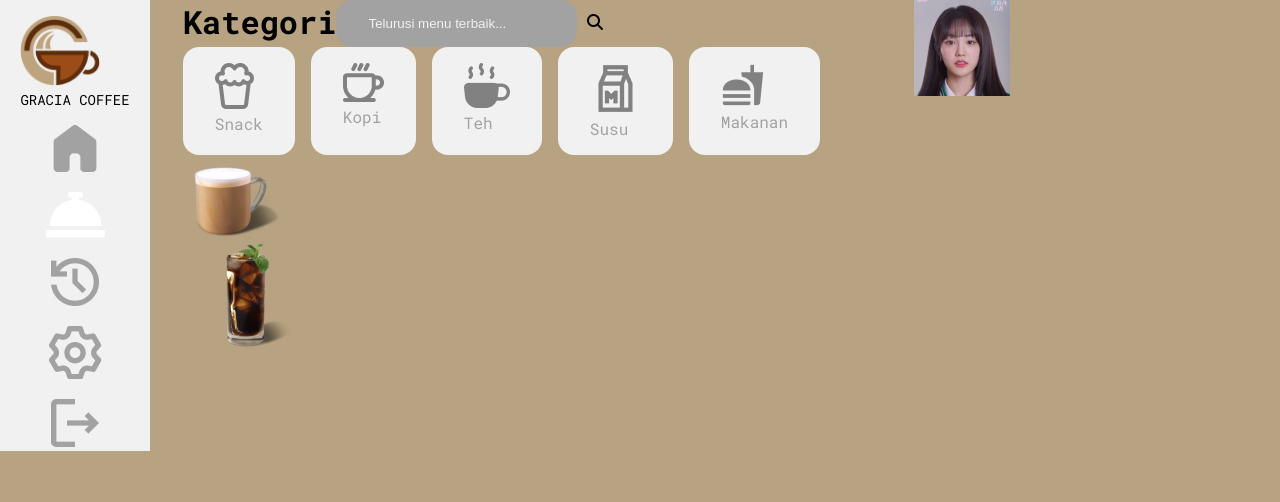
Repository: DanielChuaaa/sbd2
Page: index.html
An editor plug-in stored every save of this project. The page is shown before and after the next save, followed by the edit.
The browser window is 1280 px wide. The pictures show the whole page.
Some web libraries are served in a nearby version.

Above is the page before, as saved 2023-10-20 11:16:09.

### index.html
<!DOCTYPE html>
<html lang="en">
<head>
    <meta charset="UTF-8">
    <meta name="viewport" content="width=device-width, initial-scale=1.0">
    <title>Document</title>
    <link href="https://fonts.googleapis.com/css2?family=Roboto+Mono:wght@400;600;700&display=swap" rel="stylesheet" />
    <link
      rel="stylesheet"
      href="https://cdnjs.cloudflare.com/ajax/libs/font-awesome/6.1.2/css/all.min.css"
      integrity="sha512-1sCRPdkRXhBV2PBLUdRb4tMg1w2YPf37qatUFeS7zlBy7jJI8Lf4VHwWfZZfpXtYSLy85pkm9GaYVYMfw5BC1A=="
      crossorigin="anonymous"
      referrerpolicy="no-referrer"
    />
    <link rel="stylesheet" href="style.css">
</head>
<body>
    <div class="container">
        <div class="grid-wrapper">
            <div class="iconParent">
                <div class="img">
                    <img src="/assets/logo projek SBD 1.png" class="icon" width="80px" height="70px" alt="logo">
                    <p>GRACIA COFFEE</p>
                </div>
                <a href="#"><img src="./assets/home.png" alt="home"></a>
                <a href="#"><img src="./assets/menu.png" alt="menu"></a>
                <a href="#"><img src="./assets/history.png" alt="history"></a>
                <a href="#"><img src="./assets/setting.png" alt="setting"></a>

                <a href="#"><img src="./assets/logout.png" alt="logout"></a>
            </div>

            <div class="content">
                <div class="nav">
                    <h1>Kategori</h1>
                    <div class="inputWrapper">
                        <input type="text" name="text" id="text" class="input" placeholder="Telurusi menu terbaik...">
                        <i class="fa-solid fa-magnifying-glass"></i>
                    </div>
                </div>

                <div class="menu">
                    <div class="iconMenu"><a href="#"><img src="./assets/popcorn.png" alt="popcorn"></a>
                        <p>Snack</p>
                    </div>
                    <div class="iconMenu"><a href="#"><img src="./assets/kopi.png" alt="kopi"></a>
                        <p>Kopi</p>
                    </div>
                    <div class="iconMenu"><a href="#"><img src="./assets/teh.png" alt="teh"></a>
                        <p>Teh</p>
                    </div>
                    <div class="iconMenu"><a href="#"><img src="./assets/susu.png" alt="susu"></a>
                        <p>Susu</p>
                    </div>
                    <div class="iconMenu"><a href="#"><img src="./assets/makanan.png" alt="makanan"></a>
                        <p>Makanan</p>
                    </div>
                </div>

                <div class="orderMenu">
                    <div class="menu1">
                        <img src="./assets/Vanilla Latte_LongShadow_Cream_1 1.png" alt="">
                    </div>
                    <div class="menu2"><img src="./assets/10032021_Vietnamese_LS-min 1.png" alt=""></div>
                </div>
            </div>

            <div class="order">
                <img src="/assets/g_8___8_idola_cantik_berbakat_alumni_sm_entertainment_yang_sudah_debut_di_girlgroup_agensi_lain_p_eks_sm_trainee-20220408-001-non_fotografer_kly 1.png" alt="">
            </div>
        </div>
    </div>
</body>
</html>

### style.css
:root{
    --clr-primary-100: #B7A281;

    --clr-neutral-100: #818181;
    --clr-neutral-200: #A2A2A2;
    --clr-neutral-300: #D9D9D9;
    --clr-neutral-400: #F8F8F8;
    --clr-neutral-500:  #f1f1f1;

    --ff: "Roboto Mono", monospace;

    --fw-regular: 400;
    --fw-semi-bold: 600;
    --fw-bold: 700;
}

*{
    box-sizing: border-box;
    margin: 0;
    padding: 0;
}

body{
    font-family: var(--ff);
    background-color: #B7A281;
}

.grid-wrapper{
    display: grid;
    grid-template-columns: 0.5fr 2fr 1fr;
}

.iconParent{
    background: var(--clr-neutral-500);

    display: flex;
    flex-direction: column;
    align-items: center;
    max-width: 150px;
    height: auto;
    gap: 1rem;
}

.iconParent p{
    font-size: 14px;
}

.icon{
    margin-top: 1rem;
}


/* content */

.nav{
    display: flex;

}

.input{
    background: var(--clr-neutral-200);

    border: none;
    padding: 1rem 2rem;
    border-radius: 1rem;

}

::placeholder{
    color: var(--clr-neutral-500);
}

.menu{
    display: flex;
    gap: 1rem;
}

.iconMenu{
    background: var(--clr-neutral-500);

    padding: 1rem 2rem;
    border-radius: 1rem;
}

.iconMenu p{
    color: var(--clr-neutral-200);
}

After the next save:
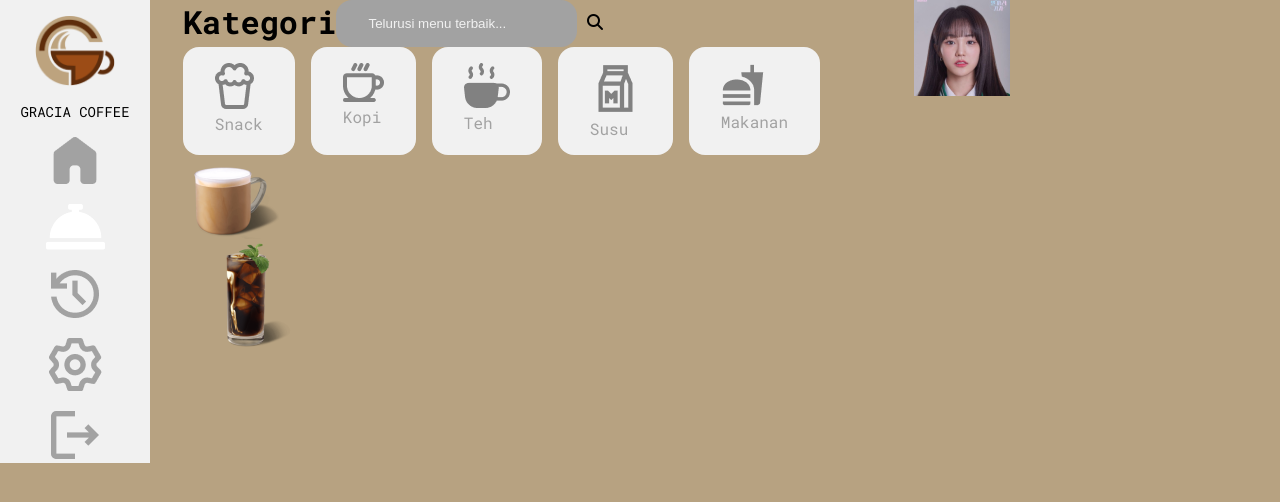
Saved 1 s later.
--- a/index.html
+++ b/index.html
@@ -18,10 +18,8 @@
     <div class="container">
         <div class="grid-wrapper">
             <div class="iconParent">
-                <div class="img">
-                    <img src="/assets/logo projek SBD 1.png" class="icon" width="80px" height="70px" alt="logo">
-                    <p>GRACIA COFFEE</p>
-                </div>
+                <img src="/assets/logo projek SBD 1.png" class="icon" width="80px" height="70px" alt="logo">
+                <p>GRACIA COFFEE</p>
                 <a href="#"><img src="./assets/home.png" alt="home"></a>
                 <a href="#"><img src="./assets/menu.png" alt="menu"></a>
                 <a href="#"><img src="./assets/history.png" alt="history"></a>
